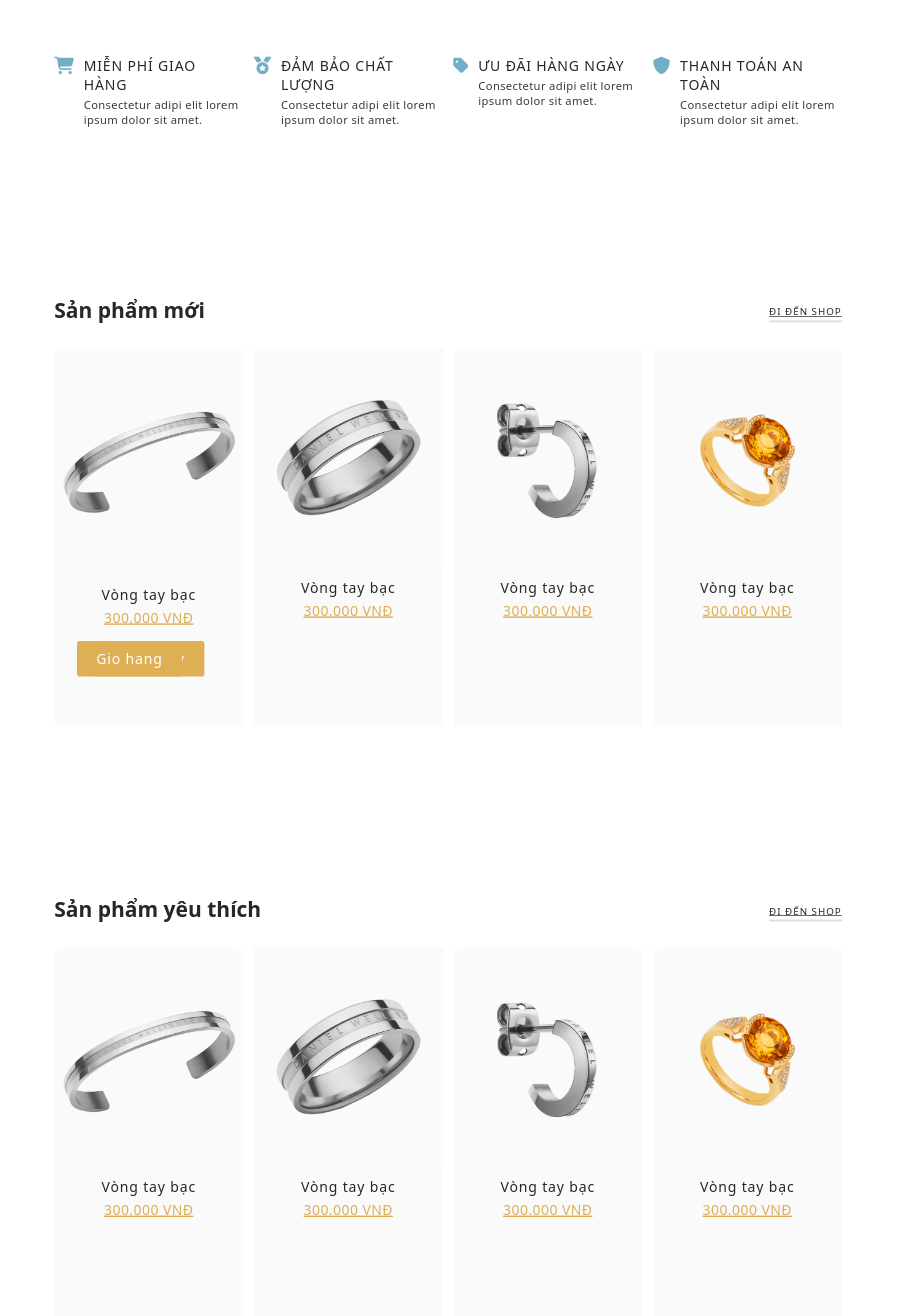
Repository: CangNgo/shoptrangsuc.github.io
Page: index.html
The author's editor kept a copy of each file at every save. The page is drawn from the files as they stood at one save, then again after the next save.
The browser window is 1280 px wide. The page is 1288 px wide, so the pictures cover 1288 px, including what lies to the right of the window. The pictures show the part of the page from y = 762 to 2642 px (the page is 5591 px tall), at 70% of full size.

Above is the page before, as saved 2024-01-11 18:04:30.

### index.html
<!DOCTYPE html>
<html lang="en">

<head>
    <meta charset="UTF-8">
    <meta name="viewport" content="width=device-width, initial-scale=1.0">
    <link rel="stylesheet" href="asset/css/style.css">
    <link rel="stylesheet" href="asset/css/layout.css">
    <link rel="stylesheet" href="asset/fontawesome-free-6.2.1-web/fontawesome-free-6.2.1-web/css/all.min.css">
    <link href="https://cdn.jsdelivr.net/npm/bootstrap@5.3.2/dist/css/bootstrap.min.css" rel="stylesheet" integrity="sha384-T3c6CoIi6uLrA9TneNEoa7RxnatzjcDSCmG1MXxSR1GAsXEV/Dwwykc2MPK8M2HN" crossorigin="anonymous">

    <title>Serein shop trang sức</title>
</head>

<body>
    <main>
        <header>
            <div class="grid wide">
                <div class="header__main">
                    <div class="logo">
                        <img src="asset/img/logo.png" alt="">
                    </div>
                    <div class="nav">
                        <div class="navbar">
                            <ul>
                                <li><a href="#">Home</a></li>
                                <li><a href="shop.html">Shop</a></li>
                                <li><a href="#">About</a></li>
                                <li><a href="#">Blogs</a></li>
                                <li><a href="#">Contact</a></li>
                            </ul>
                        </div>
                        <div class="right__icons">
                            <div class="right__icon-item">
                                <i class="fa-solid fa-magnifying-glass"></i>
                            </div>
                            <div class="right__icon-item">
                                <i class="fa-solid fa-user"></i>
                            </div>
                            <div class="right__icon-item">
                                <i class="fa-solid fa-cart-shopping"></i>
                                <span>(0)</span>
                            </div>
                        </div>
                    </div>
                </div>
            </div>
        </header>
        <div class="banner">
            <div class="grid wide">
                <div class="row">
                    <div class="col l-6">
                        <div class="banner__left">
                            <h3>Bộ sưu tập</h3>
                            <h2>Dấu ấn</h2>
                            <span>Mỗi chúng ta là một cá thể độc nhất trên thế giới, vậy nên, hãy thoải mái sáng tạo
                                theo cách riêng của bạn. Dù ở bất kỳ phiên bản nào, Serein Jewelry luôn đồng hành cùng
                                bạn ghi lại “DẤU ẤN” riêng bạn.</span>
                        </div>
                    </div>
                    <div class="col l-6 ">
                        <div class="banner__right">
                            <div class="banner__right-btn">
                                <i class="fa-solid fa-chevron-left"></i>
                            </div>
                            <div class="banner-right-img">
                                <img src="asset/img/vong-bac-banner.png" alt="">
                            </div>
                            <div class="banner__right-btn">
                                <i class="fa-solid fa-chevron-right"></i>
                            </div>
                        </div>
                    </div>
                </div>
                <div class="row banner__bottom">
                    <div class="col l-6">
                        <form class="banner-bottom-left">
                            <button type="submit" name="">Mua ngay</button>
                        </form>
                    </div>
                    <div class="col l-6">
                        <div class="banner-bottom-right">
                            <div class="banner-bottom-color">
                                <div class="banner-bottom-color-item gold"></div>
                                <div class="banner-bottom-color-item white"></div>
                            </div>
                            <div class="banner-bottom-play">
                                <i class="fa-solid fa-circle-play"></i>
                            </div>
                        </div>
                    </div>
                </div>
            </div>
        </div>
        <section class="features container">
            <div class="grid wide">
                <div class="row">
                    <div class="col l-3">
                        <div class="features-item">
                            <div class="features-icon">
                                <i class="fa-solid fa-cart-shopping"></i>
                            </div>
                            <div class="feeatures-items">
                                <h4>Miễn phí giao hàng</h4>
                                <span>Consectetur adipi elit lorem ipsum dolor sit amet.</span>
                            </div>
                        </div>
                    </div>
                    <div class="col l-3">
                        <div class="features-item">
                            <div class="features-icon">
                                <i class="fa-solid fa-medal"></i>
                            </div>
                            <div class="feeatures-items">
                                <h4>Đảm bảo chất lượng</h4>
                                <span>Consectetur adipi elit lorem ipsum dolor sit amet.</span>
                            </div>
                        </div>
                    </div>
                    <div class="col l-3">
                        <div class="features-item">
                            <div class="features-icon">
                                <i class="fa-solid fa-tag"></i>
                            </div>
                            <div class="feeatures-items">
                                <h4>Ưu đãi hàng ngày</h4>
                                <span>Consectetur adipi elit lorem ipsum dolor sit amet.</span>
                            </div>
                        </div>
                    </div>
                    <div class="col l-3">
                        <div class="features-item">
                            <div class="features-icon">
                                <i class="fa-solid fa-shield"></i>
                            </div>
                            <div class="feeatures-items">
                                <h4>Thanh toán an toàn</h4>
                                <span>Consectetur adipi elit lorem ipsum dolor sit amet.</span>
                            </div>
                        </div>
                    </div>
                </div>
            </div>
        </section>
        <section class="product container">
            <div class="grid wide">
                <div class="product-section">
                    <h3>Sản phẩm mới</h3>
                    <span><a href="#">Đi đến shop</a></span>
                </div>
                <div class="row">
                    <form class="col l-3">
                        <div class="product-item">
                            <div class="product-top">
                                <div class="product-item-img">
                                    <img src="asset/img/vong-bac.png" alt="Vòng tay bạc">
                                </div>
                            </div>
                            <div class="product-bottom">
                                <div class="product-item-bottom">
                                    <div class="product-item-name">Vòng tay bạc</div>
                                    <div class="product-item-price"><a href="#">300.000 VNĐ</a></div>
                                </div>
                                <div class="buy-product" style="position: relative;">
                                    <button name="buy_product">Mua ngay</button>
                                    <button style="position: absolute; top: 0; left: 32px;">Gio hang</button>
                                </div>
                            </div>
                        </div>
                    </form>
                    <div class="col l-3">
                        <div class="product-item">
                            <div class="product-item-img">
                                <img src="asset/img/nhan-bac.png" alt="Vòng tay bạc">
                            </div>
                            <div class="product-item-bottom">
                                <div class="product-item-name">Vòng tay bạc</div>
                                <div class="product-item-price"><a href="#">300.000 VNĐ</a></div>
                            </div>
                        </div>
                    </div>
                    <div class="col l-3">
                        <div class="product-item">
                            <div class="product-item-img">
                                <img src="asset/img/bong-tai-bac.png" alt="Vòng tay bạc">
                            </div>
                            <div class="product-item-bottom">
                                <div class="product-item-name">Vòng tay bạc</div>
                                <div class="product-item-price"><a href="#">300.000 VNĐ</a></div>
                            </div>
                        </div>
                    </div>
                    <div class="col l-3">
                        <div class="product-item">
                            <div class="product-item-img">
                                <img src="asset/img/nhan-vang.png" alt="Vòng tay bạc">
                            </div>
                            <div class="product-item-bottom">
                                <div class="product-item-name">Vòng tay bạc</div>
                                <div class="product-item-price"><a href="#">300.000 VNĐ</a></div>
                            </div>
                        </div>
                    </div>
                </div>
            </div>
        </section>
        <section class="product container">
            <div class="grid wide">
                <div class="product-section">
                    <h3>Sản phẩm yêu thích</h3>
                    <span><a href="#">Đi đến shop</a></span>
                </div>
                <div class="row">
                    <div class="col l-3">
                        <div class="product-item">
                            <div class="product-item-img">
                                <img src="asset/img/vong-bac.png" alt="Vòng tay bạc">
                            </div>
                            <div class="product-item-bottom">
                                <div class="product-item-name">Vòng tay bạc</div>
                                <div class="product-item-price"><a href="#">300.000 VNĐ</a></div>
                            </div>
                        </div>
                    </div>
                    <div class="col l-3">
                        <div class="product-item">
                            <div class="product-item-img">
                                <img src="asset/img/nhan-bac.png" alt="Vòng tay bạc">
                            </div>
                            <div class="product-item-bottom">
                                <div class="product-item-name">Vòng tay bạc</div>
                                <div class="product-item-price"><a href="#">300.000 VNĐ</a></div>
                            </div>
                        </div>
                    </div>
                    <div class="col l-3">
                        <div class="product-item">
                            <div class="product-item-img">
                                <img src="asset/img/bong-tai-bac.png" alt="Vòng tay bạc">
                            </div>
                            <div class="product-item-bottom">
                                <div class="product-item-name">Vòng tay bạc</div>
                                <div class="product-item-price"><a href="#">300.000 VNĐ</a></div>
                            </div>
                        </div>
                    </div>
                    <div class="col l-3 m-12 c-12">
                        <div class="product-item">
                            <div class="product-item-img">
                                <img src="asset/img/nhan-vang.png" alt="Vòng tay bạc">
                            </div>
                            <div class="product-item-bottom">
                                <div class="product-item-name">Vòng tay bạc</div>
                                <div class="product-item-price"><a href="#">300.000 VNĐ</a></div>
                            </div>
                        </div>
                    </div>
                </div>
            </div>
        </section>
        <section class="posts product container">
            <div class="grid wide">
                <div class="product-section">
                    <h3>Bài viết mới</h3>
                    <span><a href="#">Đi đến blog</a></span>
                </div>
                <div class="row">
                    <div class="col l-4">
                        <div class="posts-item">
                            <div class="post-item-img"><img src="asset/img/post1.png" alt=""></div>
                            <div class="post-item-datetime">feb 22, 2023 - Gadgets</div>
                            <div class="post-item-name">Get some cool gadgets in 2023</div>
                        </div>
                    </div>
                    <div class="col l-4">
                        <div class="posts-item">
                            <div class="post-item-img"><img src="asset/img/post2.png" alt=""></div>
                            <div class="post-item-datetime">feb 22, 2023 - technology</div>
                            <div class="post-item-name">TECHNOLOGY HACK YOU WON’T GET</div>
                        </div>
                    </div>
                    <div class="col l-4">
                        <div class="posts-item">
                            <div class="post-item-img"><img src="asset/img/post3.png" alt=""></div>
                            <div class="post-item-datetime">feb 22, 2023 - camera</div>
                            <div class="post-item-name">toP 10 SMALL cAMERA IN THE WORLD</div>
                        </div>
                    </div>
                </div>
            </div>
        </section>
        <section class="coutdown container">
            <div class="grid wide">
                <div class="coutdown-content">
                    <h3>Đăng ký ngay để sở hữu BST "Dấu ấn"</h3>
                    <div class="coutdown-content-bottom">
                        <span>Vì “Dấu ấn” là BST độc nhất cho mỗi khách hàng, nên chúng tôi chỉ mở bán với số lượng giới
                            hạn.
                            Đặc biệt, khi mua hàng càng sớm bạn sẽ nhận được nhiều ưu đãi đặc biệt từ Serein Jewelry.
                        </span>
                        <button name="buy_submit">Mua ngay</button>
                    </div>
                </div>
                <div class="coutdown-olock">
                    <div class="coutdown-olock-item">
                        <div class="coutdown-olock-item-hour">0</div>
                        <div class="coutdown-olock-item-day">Ngày</div>
                    </div>
                    <div class="coutdown-olock-item">
                        <div class="coutdown-olock-item-hour">7</div>
                        <div class="coutdown-olock-item-day">Giờ</div>
                    </div>
                    <div class="coutdown-olock-item">
                        <div class="coutdown-olock-item-hour">23</div>
                        <div class="coutdown-olock-item-day">Phút</div>
                    </div>
                    <div class="coutdown-olock-item">
                        <div class="coutdown-olock-item-hour">49</div>
                        <div class="coutdown-olock-item-day">Giây</div>
                    </div>
                </div>
            </div>
        </section>
        <section class="form-register container">
            <div class="grid wide">
                <div class="form-register-main">
                    <div class="form-register-content">
                        <h3>Đăng ký ngay</h3>
                        <span>Đăng ký để nhận được khuyến mãi</span>
                    </div>
                    <div class="form-register-input">
                        <input type="text" placeholder="Nhập email">
                        <button>Đăng ký</button>
                    </div>
                </div>
            </div>
        </section>
        <section class="testimony container">
            <div class="grid wide">
                <div class="testimony-main">
                    <div class="testimony-icon">
                        <img src="asset/img/testimony-icon.png" alt="">
                    </div>
                    <div class="testimony-content">
                        <div class="testimony-button-left">
                            <i class="fa-solid fa-chevron-left"></i>
                        </div>
                        <div class="testimony-content-said">
                            “Tempus oncu enim pellen tesque este pretium in neque, elit morbi sagittis lorem habi mattis
                            Pellen tesque pretium feugiat vel morbi suspen dise sagittis lorem habi tasse morbi.”
                        </div>
                        <div class="testimony-button-right">
                            <i class="fa-solid fa-chevron-right"></i>
                        </div>
                    </div>
                    <div class="testimony-star">
                        <div class="testimony-star-items">
                            <div class="testimony-star-item">
                                <i class="fa-solid fa-star"></i>
                            </div>
                            <div class="testimony-star-item">
                                <i class="fa-solid fa-star"></i>
                            </div>
                            <div class="testimony-star-item">
                                <i class="fa-solid fa-star"></i>
                            </div>
                            <div class="testimony-star-item">
                                <i class="fa-solid fa-star"></i>
                            </div>
                            <div class="testimony-star-item">
                                <i class="fa-solid fa-star"></i>
                            </div>
                        </div>
                        <div class="testtimony-star-name">
                            Emma Chamberlin
                        </div>
                    </div>
                </div>
            </div>
        </section>
        <div class="evaluate container">
            <div class="grid wide">
                <h3>Khách hàng nói về BST "Dấu ấn"</h3>
                <div class="row">
                    <div class="col l-4"></div>
                    <div class="col l-4"></div>
                    <div class="col l-4"></div>
                </div>
            </div>
        </div>
    </main>
</body>

</html>

### asset/css/layout.css
.grid {
    width: 100%;
    display: block;
    padding: 0;
}

.grid.wide {
    max-width: 1300px;
    margin: 0 auto;
}

.row {
    display: flex;
    flex-wrap: wrap;
    margin-left: -8px;
    margin-right: -8px;
}


.col {
    padding-left: 8px;
    padding-right: 8px;
}

.c-0 {
    display: none;
}

.c-1 {
    flex: 0 0 8.33333%;
    max-width: 8.33333%;
}

.c-2 {
    flex: 0 0 16.66667%;
    max-width: 16.66667%;
}

.c-3 {
    flex: 0 0 25%;
    max-width: 25%;
}

.c-4 {
    flex: 0 0 33.33333%;
    max-width: 33.33333%;
}

.c-5 {
    flex: 0 0 41.66667%;
    max-width: 41.66667%;
}

.c-6 {
    flex: 0 0 50%;
    max-width: 50%;
}

.c-7 {
    flex: 0 0 58.33333%;
    max-width: 58.33333%;
}

.c-8 {
    flex: 0 0 66.66667%;
    max-width: 66.66667%;
}

.c-9 {
    flex: 0 0 75%;
    max-width: 75%;
}

.c-10 {
    flex: 0 0 83.33333%;
    max-width: 83.33333%;
}

.c-11 {
    flex: 0 0 91.66667%;
    max-width: 91.66667%;
}

.c-12 {
    flex: 0 0 100%;
    max-width: 100%;
}

/* >= Tablet */
@media (min-width: 740px) {
    .row {
        margin-left: -12px;
        margin-right: -12px;
    }

    .col {
        padding-left: 12px;
        padding-right: 12px;
    }

    .m-0 {
        display: none;
    }

    .m-4,
    .m-5,
    .m-6,
    .m-8,
    .m-10,
    .m-12 {
        display: block;
    }

    .m-4 {
        flex: 0 0 33.33334%;
        max-width: 33.3334%;
    }

    .m-5 {
        flex: 0 0 41.66667%;
        max-width: 41.66667%;
    }

    .m-6 {
        flex: 0 0 50%;
        max-width: 50%;
    }

    .m-8 {
        flex: 0 0 66.66667%;
        max-width: 66.66667%;
    }

    .m-10 {
        flex: 0 0 83.33333%;
        max-width: 83.33333%;
    }

    .m-12 {
        flex: 0 0 100%;
        max-width: 100%;
    }
}

/* PC medium resolution > */
@media (min-width: 1024px) {
    .row {
        margin-left: -10px;
        margin-right: -10px;
    }

    .row.sm-gutter {
        margin-left: -5px;
        margin-right: -5px;
    }

    .col {
        padding-left: 10px;
        padding-right: 10px;
    }

    .row.sm-gutter .col {
        padding-left: 5px;
        padding-right: 5px;
    }

    .l-0 {
        display: none;
    }

    .l-3,
    .l-4,
    .l-5,
    .l-6,
    .l-8,
    .l-8-3,
    .l-10,
    .l-12 {
        display: block;
    }

    .l-3 {
        flex: 0 0 25%;
        max-width: 25%;
    }

    .l-3-3 {
        flex: 0 0 25%;
        max-width: 25%;
    }

    .l-4 {
        flex: 0 0 33.33333%;
        max-width: 33.33333%;
    }

    .l-5 {
        flex: 0 0 41.66667%;
        max-width: 41.6667%;
    }

    .l-6 {
        flex: 0 0 50%;
        max-width: 50%;
    }

    .l-8 {
        flex: 0 0 66.66667%;
        max-width: 66.66667%;
    }

    .l-9 {
        flex: 0 0 75%;
        max-width: 75%;
    }

    .l-8-3 {
        flex: 0 0 30%;
        max-width: 30%;
    }

    .l-10 {
        flex: 0 0 83.33333%;
        max-width: 83.33333%;
    }

    .l-12 {
        flex: 0 0 100%;
        max-width: 100%;
    }
}

/* Tablet - PC low resolution */
@media (min-width: 740px) and (max-width: 1023px) {
    .wide {
        width: 644px;
    }
}

/* > PC low resolution */
@media (min-width: 1024px) and (max-width: 1239px) {
    .wide {
        width: 984px;
    }
}

Loaded but not shown: asset/fontawesome-free-6.2.1-web/fontawesome-free-6.2.1-web/css/all.min.css (library); asset/css/style.css (793 lines, source omitted)

After the next save:
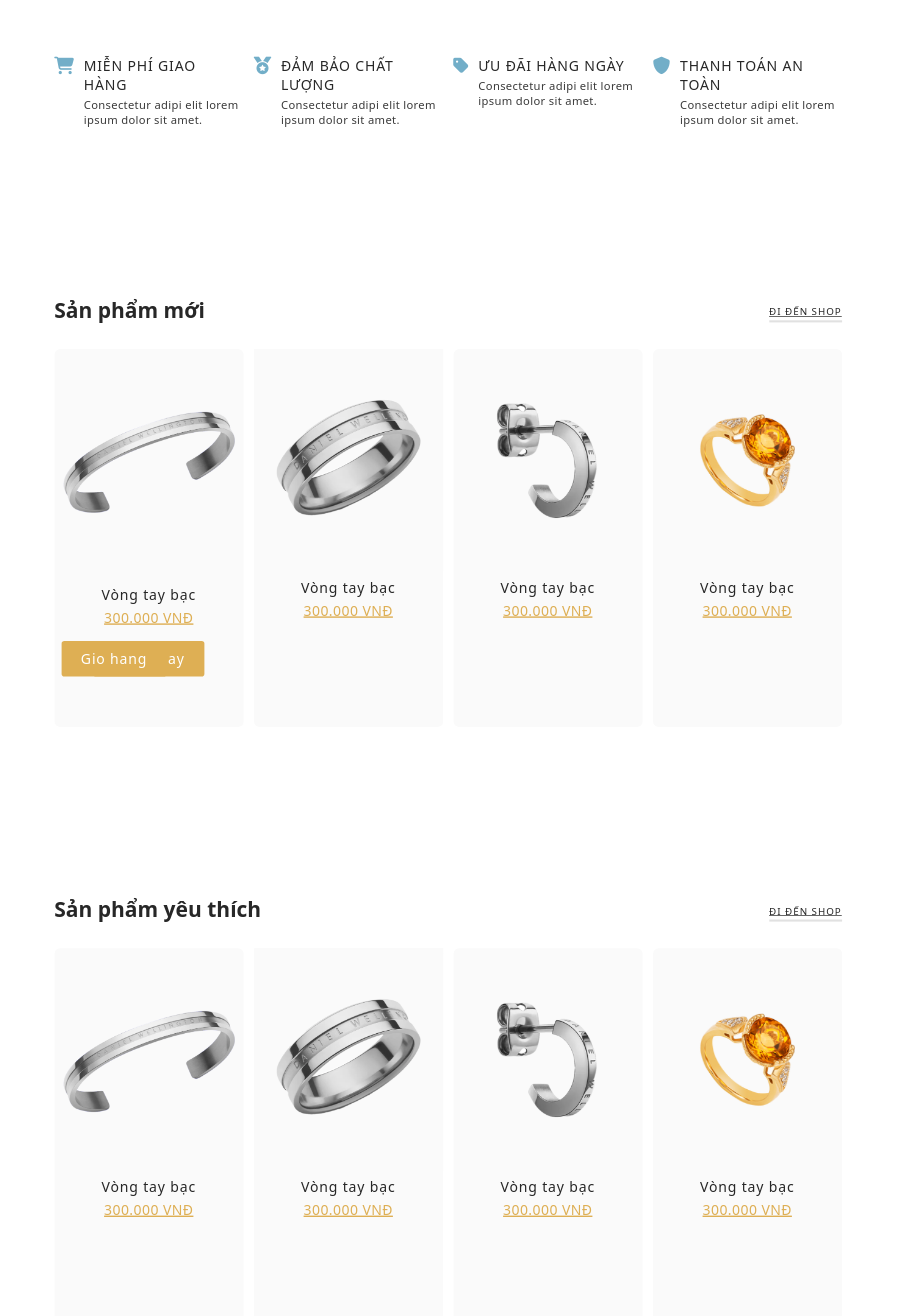
Saved 10 s later.
--- a/index.html
+++ b/index.html
@@ -163,7 +163,7 @@
                                 </div>
                                 <div class="buy-product" style="position: relative;">
                                     <button name="buy_product">Mua ngay</button>
-                                    <button style="position: absolute; top: 0; left: 32px;">Gio hang</button>
+                                    <button style="position: absolute; top: 0; left: 10px;">Gio hang</button>
                                 </div>
                             </div>
                         </div>
